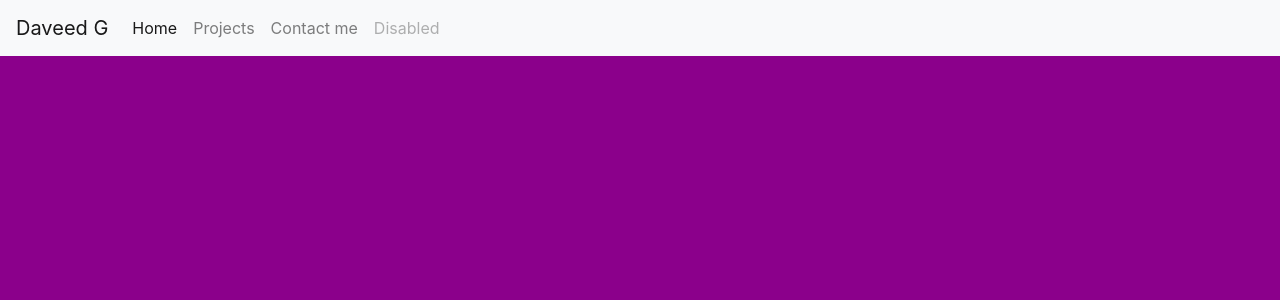
Repository: DaveedGangi/DaveedWebsite
Page: one.html
An editor plug-in stored every save of this project. The page is shown before and after the next save, followed by the edit.
The browser window is 1280 px wide. The pictures show the whole page.

Above is the page before, as saved 2023-09-25 11:51:03.

### one.html
<html>
    <head>
    <link rel="stylesheet" href="two.css"></link>
    <link rel="stylesheet" href="https://cdn.jsdelivr.net/npm/bootstrap@4.5.3/dist/css/bootstrap.min.css" integrity="sha384-TX8t27EcRE3e/ihU7zmQxVncDAy5uIKz4rEkgIXeMed4M0jlfIDPvg6uqKI2xXr2" crossorigin="anonymous">



</head>

<body>
<div class="bgcontainer">
    <nav class="navbar navbar-expand-lg navbar-light bg-light">
        <a class="navbar-brand" href="#">Daveed G</a>
        <button class="navbar-toggler" type="button" data-toggle="collapse" data-target="#navbarNavAltMarkup" aria-controls="navbarNavAltMarkup" aria-expanded="false" aria-label="Toggle navigation">
          <span class="navbar-toggler-icon"></span>
        </button>
        <div class="collapse navbar-collapse" id="navbarNavAltMarkup">
          <div class="navbar-nav">
            <a class="nav-link active" href="#">Home <span class="sr-only">(current)</span></a>
            <a class="nav-link" href="#">Projects</a>
            <a class="nav-link" href="#">Contact me</a>
            <a class="nav-link disabled" href="#" tabindex="-1" aria-disabled="true">Disabled</a>
          </div>
        </div>
      </nav>



    </div>

</body>
</html>

### two.css
.bgcontainer {
    background-color: darkmagenta;
    height:100vh;
    background-size:cover;

}

After the next save:
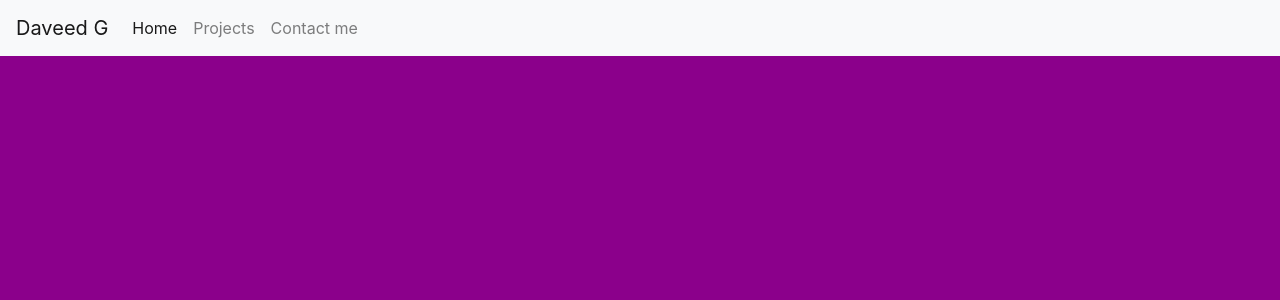
Saved 22 s later.
--- a/one.html
+++ b/one.html
@@ -19,7 +19,7 @@
             <a class="nav-link active" href="#">Home <span class="sr-only">(current)</span></a>
             <a class="nav-link" href="#">Projects</a>
             <a class="nav-link" href="#">Contact me</a>
-            <a class="nav-link disabled" href="#" tabindex="-1" aria-disabled="true">Disabled</a>
+
           </div>
         </div>
       </nav>
